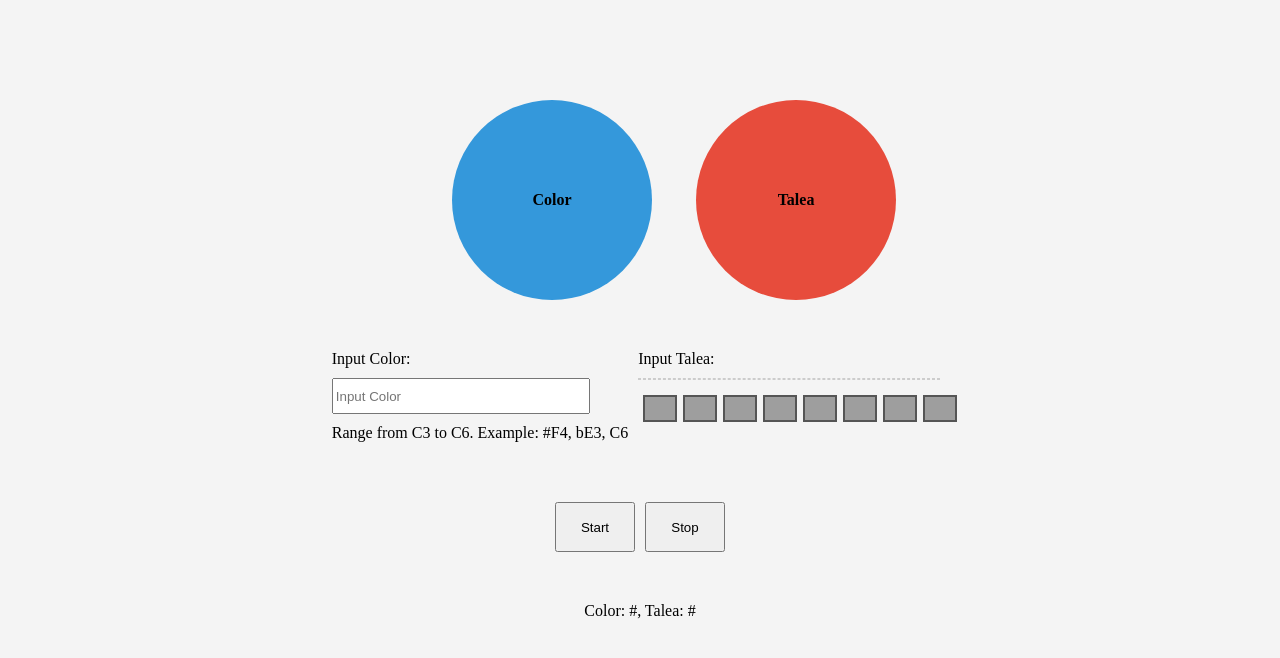
Repository: boshi-an/Isorhythm
Page: .vscode/Isorhythm/index.html
These files come from the project's save history. The page is drawn as it stood at one moment and after the next save; the edit follows.
The browser window is 1280 px wide. The pictures show the whole page.
Pictures or frames that could not be fetched are drawn as grey boxes.

Above is the page before, as saved 2023-10-19 02:43:47.

### .vscode/Isorhythm/index.html
<!DOCTYPE html>
<html lang="en">

<head>
    <meta charset="UTF-8">
    <meta name="viewport" content="width=device-width, initial-scale=1.0">
    <title>Rotating Circles</title>
    <link rel="stylesheet" href="styles.css">
</head>

<body>
    <div class="circleContainer">
        <div class="circle" id="circle1">
            <div class="letter">Color</div>
        </div>
        <div class="circle" id="circle2">
            <div class="letter">Talea</div>
        </div>
    </div>
    <div class="inputContainer">
        <div class="taleaInputContainer">
            <div class="h3">Input Color:</div>
            <input type="text" id="input1" placeholder="Input Color">
            <div>Range from C3 to C6. Example: #F4, bE3, C6</div>
        </div>
        <div class="taleaInputContainer">
            <div class="h3">Input Talea:</div>
            <div class="imageArea" id="noteInputBox"></div>
            <!-- <div class="taleaInputBox">
                <input type="text" id="input2" placeholder="Input Talea" disabled>
            </div> -->
            <div class="taleaInputButton">
                <div class="button small-btn" id="button1" onclick="addNote(1);"><img src="static/note1.png" /></div>
                <div class="button small-btn" id="button1.5" onclick="addNote(1.5);"><img src="static/note1.5.png" /></div>
                <div class="button small-btn" id="button2" onclick="addNote(2);"><img src="static/note2.png" /></div>
                <div class="button small-btn" id="button2.5" onclick="addNote(2.5);"><img src="static/note2.5.png" /></div>
                <div class="button small-btn" id="button3" onclick="addNote(3);"><img src="static/note3.png" /></div>
                <div class="button small-btn" id="button3.5" onclick="addNote(3.5);"><img src="static/note3.5.png" /></div>
                <div class="button small-btn" id="button4" onclick="addNote(4);"><img src="static/note4.png" /></div>
                <div class="button small-btn" id="buttonReset" onclick="addNote(0);"><img src="static/reset.png" /></div>
            </div>
        </div>
    </div>
    <div class="uiContainer">
        <button id="startBtn" style="height:50px;width:80px">Start</button>
        <button id="stopBtn" style="height:50px;width:80px">Stop</button>
    </div>
    <div class="div" id="display">
        Color: #, Talea: #
    </div>
    <script src="script.js"></script>
</body>

</html>

### .vscode/Isorhythm/styles.css
body {
    display: flex;
    flex-direction: column;
    /* Stack child elements vertically */
    justify-content: center;
    /* Center the content vertically */
    align-items: center;
    /* Center the content horizontally */
    height: 100vh;
    background-color: #f4f4f4;
    overflow: hidden;
    margin: 0;
    gap: 50px;
    /* Space between the circle container and the button container */
}

.circleContainer {
    display: flex;
    align-items: center;
    width: 420px;
    /* Adjust based on your circle sizes */
}

.inputContainer {
    display: flex;
    gap: 10px;
    margin-bottom: 10px;
}

.taleaInputContainer {
    display: flex;
    flex-direction: column;
    gap: 10px;
    margin-bottom: 0px;
}

.taleaInputBox {
    display: flex;
    gap: 10px;
}

.taleaInputButton {
    display: flex;
    gap: 10px;
}

.circle {
    width: 200px;
    height: 200px;
    border-radius: 50%;
    position: relative;
    display: flex;
    flex-shrink: 0;
    align-items: center;
    justify-content: center;
    margin: 0 22px;
}

.uiContainer {
    display: flex;
    gap: 10px;
}

.triangle {
    width: 0;
    height: 0;
    border-left: 50px solid transparent;
    border-right: 50px solid transparent;
    border-bottom: 87px solid #3498db;
    will-change: transform;
    transform-origin: 50% 50%;
}

.letter {
    position: absolute;
    font-size: 1.0em;
    font-weight: bold;
    top: 50%;
    left: 50%;
    transform-origin: 50% 50%;
    transform: translate(-50%, -50%);  /* Centering the letters */
}

.noteImg {
    max-width: 6%;
    position: absolute;
    font-size: 1.5em;
    font-weight: bold;
    top: 50%;
    left: 50%;
    transform-origin: 50% 50%;
    transform: translate(-50%, -50%);
}

#triangle1 {
    border-bottom: 87px solid #3498db;
    /* background-color: #3498db; */
}

#triangle2 {
    border-bottom: 87px solid #e74c3c;
    /* background-color: #e74c3c; */
}

#circle1 {
    background-color: #3498db;
}

#circle2 {
    background-color: #e74c3c;
}

.imageArea {
    width: 300px;
    height: auto;
    border: 1px dashed #ccc;
    display: flex;
    flex-wrap: wrap;
    align-items: center;
}

.imageArea img {
    max-width: 6%;
    margin: 5px;
}

.button img {
    max-width: 100%;
    margin: 5px;
    border: 2px solid #555;
}

.small-btn {
    width: 30px;
    height: 30px;
}

.large-btn {
    width: 80px;
    height: 50px;
}

.image {
    position: absolute;
    top: 50%;
    left: 50%;
    transform-origin: 50% 50%;
    width: 30px;
    /* You can adjust this to your preferred image size */
    height: 30px;
}

#input1 {
    height: 30px;
    width: 250px;
}

### .vscode/Isorhythm/script.js
let angle1 = 180;
let angle2 = 0;
let letterPos = +20;
let circle1Size = 100;
let circle2Size = 100;
let rotationMultiplier = 320;
let circle1Num = 0;
let circle2Num = 0;
let rotateDist = 0;
let color = [];
let talea = [];
let lastColor = '#';
let lastTalea = '#';
let taleaImgElement = [];
let animationId;
const circle1 = document.getElementById('circle1');
const circle2 = document.getElementById('circle2');
let duration = {
    1: 4,
    1.5: 6,
    2: 2,
    2.5: 3,
    3: 1,
    3.5: 1.5,
    4: 0.5
};
let frequency = {
    "C3": 130.81,
    "#C3": 138.59,
    "bD3": 138.59,
    "D3": 146.83,
    "#D3": 155.56,
    "bE3": 155.56,
    "E3": 164.81,
    "F3": 174.61,
    "#F3": 185.00,
    "bG3": 185.00,
    "G3": 196.00,
    "#G3": 207.65,
    "bA3": 207.65,
    "A3": 220.00,
    "#A3": 233.08,
    "bB3": 233.08,
    "B3": 246.94,
    "C4": 261.63,
    "#C4": 277.18,
    "bD4": 277.18,
    "D4": 293.66,
    "#D4": 311.13,
    "bE4": 311.13,
    "E4": 329.63,
    "F4": 349.23,
    "#F4": 369.99,
    "bG4": 369.99,
    "G4": 392.00,
    "#G4": 415.30,
    "bA4": 415.30,
    "A4": 440.00,
    "#A4": 466.16,
    "bB4": 466.16,
    "B4": 493.88,
    "C5": 523.25,
    "#C5": 554.37,
    "bD5": 554.37,
    "D5": 587.33,
    "#D5": 622.26,
    "bE5": 622.25,
    "E5": 659.25,
    "F5": 698.46,
    "#F5": 739.99,
    "bG5": 739.99,
    "G5": 783.99,
    "#G5": 830.61,
    "bA5": 830.61,
    "A5": 880.00,
    "#A5": 932.33,
    "bB5": 932.33,
    "B5": 987.77,
    "C6": 1046.50
}

var context = new AudioContext();
var oscillator = '#';

function getCurrentColor() {
    if (circle1Num < 1) {
        return '#';
    }
    let angle = (rotationMultiplier * rotateDist / circle1Size) % 360;
    let nowNote = parseInt(angle / (360 / circle1Num));
    nowNote = Math.min(nowNote, color.length - 1);
    return color[nowNote];
}

function getCurrentTalea() {
    if (circle2Num < 1) {
        return '#';
    }
    let angle = (rotationMultiplier * rotateDist / circle2Size) % 360;
    let nowNote = parseInt(angle / (360 / circle2Num));
    nowNote = Math.min(nowNote, talea.length - 1);
    return talea[nowNote];
}

function getFrequency(note) {
    note = note.toUpperCase();
    if (!(note in frequency)) {
        return 0.0;
    }
    else {
        return frequency[note];
    }
}

function updateTextDisplay() {
    const display = document.getElementById("display");
    let curColor = getCurrentColor();
    let curTalea = getCurrentTalea();
    if (curColor != lastColor || curTalea != lastTalea) { // Update sound
        // alert(getFrequency(curColor));
        if (oscillator != '#') {
            oscillator.stop();
        }
        oscillator = context.createOscillator();
        oscillator.type = "sine";
        // oscillator.frequency.value = 800;
        oscillator.connect(context.destination);
        oscillator.frequency.value = getFrequency(curColor);
        oscillator.start();
        // oscillator.connect(context.destination);
        lastColor = curColor;
        lastTalea = curTalea;
    }
//
    // Display the color and talea
    let taleaHTML = `<img src="static/note${curTalea}.png" width="20" height="20" />`;
    if (curTalea == '#') {
        taleaHTML = '#';
    }
    display.innerHTML = `Color: ${curColor}, Talea: ${curTalea}`;
}

function rotateCircle() {
    updateTextDisplay()
    rotateDist += 1/duration[getCurrentTalea()];
    angle1 = (rotationMultiplier * rotateDist / circle1Size) % 360;
    angle2 = (-rotationMultiplier * rotateDist / circle2Size) % 360;
    circle1.style.transform = `rotate(${angle1}deg)`;
    circle2.style.transform = `rotate(${angle2}deg)`;

    animationId = requestAnimationFrame(rotateCircle);
}

document.getElementById('startBtn').addEventListener('click', () => {
    cancelAnimationFrame(animationId);
    rotateCircle();
});

document.getElementById('stopBtn').addEventListener('click', () => {
    rotateDist = 0;
    circle1.style.transform = `rotate(0deg)`;
    circle2.style.transform = `rotate(0deg)`;
    cancelAnimationFrame(animationId);
    oscillator.stop();
    oscillator = '#';
    lastColor = '#';
    lastTalea = '#';
});

function parseLetters(inputText) {
    let retArray = [];
    inputText = inputText.concat('.');
    for (let i = 0; i < inputText.length - 2; i += 1) {
        s = inputText[i];
        t = inputText[i + 1];
        p = inputText[i + 2];
        if (s.match(/[a-z]/i) && t.match(/[1-9]/i)) {
            retArray.push(`${s}${t}`);
            i += 1;
        }
        else if (s == '#' && t.match(/[a-z]/i) && p.match(/[1-9]/i)) {
            retArray.push(`#${t}${p}`);
            i += 2;
        }
        else if (s == 'b' && t.match(/[a-z]/i) && p.match(/[1-9]/i)) {
            retArray.push(`b${t}${p}`);
            i += 2;
        }
    }
    return retArray;
}

function updateLetters(circleId, inputText, bias) {
    inputText = parseLetters(inputText);
    const circle = document.getElementById(circleId);

    let circleR = inputText.length * 10;
    circle.style.width = `${Math.max(circleR * 2, 5)}px`;
    circle.style.height = `${Math.max(circleR * 2, 5)}px`;

    const size = circle.offsetWidth + letterPos;
    let rotateAngle = 0;
    let innerHTML = ""

    circle1Size = circle.offsetWidth;
    circle1Num = inputText.length;
    rotateAngle = 0;
    innerHTML = "<div class=\"letter\">Color</div>";
    color = inputText;

    // Remove any existing letters
    if (size <= 100) {
        circle.innerHTML = "";
    }
    else {
        circle.innerHTML = innerHTML;
    }

    // Add new letters
    for (let i = 0; i < inputText.length; i++) {
        const angle = -(i / inputText.length) * 360;
        const letterElem = document.createElement('div');
        letterElem.className = 'letter';
        letterElem.style.transform = `translate(-50%, -50%) rotate(${angle + bias}deg) translate(${size / 2}px) rotate(${rotateAngle}deg)`;
        letterElem.innerText = inputText[i];
        circle.appendChild(letterElem);
    }
}

function updateTalea(circleId, inputNote, bias) {
    const circle = document.getElementById(circleId);

    let circleR = inputNote.length * 10;
    circle.style.width = `${Math.max(circleR * 2, 5) }px`;
    circle.style.height = `${Math.max(circleR * 2, 5) }px`;

    const size = circle.offsetWidth + letterPos;
    let rotateAngle = 0;
    let innerHTML = ""

    circle2Size = circle.offsetWidth;
    circle2Num = inputNote.length;
    rotateAngle = 180;
    innerHTML = "<div class=\"letter\">Talea</div>";


    // Remove any existing letters
    if (size <= 100) {
        circle.innerHTML = "";
    }
    else {
        circle.innerHTML = innerHTML;
    }

    // Add new letters
    for (let i = 0; i < inputNote.length; i++) {
        const angle = (i / inputNote.length) * 360;
        const imgElem = document.createElement('img');
        imgElem.className = 'image';
        imgElem.src = `static/note${inputNote[i]}.png`;;
        imgElem.style.transform = `translate(-50%, -50%) rotate(${angle + bias}deg) translate(${size / 2}px) rotate(${rotateAngle}deg)`;
        circle.appendChild(imgElem);
    }
}

function addNote(number) {
    // alert(number);
    // document.getElementById('input2').value += number;
    // Get the image area div
    if (number != 0) {
        talea.push(number);
        const imageArea = document.getElementById('noteInputBox');

        // Create a new img element
        const img = document.createElement('img');
        img.src = `static/note${number}.png`;

        // Append the img to the image area
        imageArea.appendChild(img);

        taleaImgElement.push(img);
    }
    else if (talea.length > 0) {
        talea.pop();

        length = taleaImgElement.length-1
        if (taleaImgElement[length].parentNode) {
            taleaImgElement[length].parentNode.removeChild(taleaImgElement[length]);
        }
        taleaImgElement.pop();
    }
    // updateTalea('input2');
    updateTalea('circle2', talea, 180);
}

document.getElementById('input1').addEventListener('input', () => updateLetters('circle1', document.getElementById('input1').value, 0));
// document.getElementById('input2').addEventListener('input', () => updateLetters('circle2', 'input2', 180));
// document.getElementById('input2').addEventListener('input', () => updateTalea('input2'));

// document.getElementById("button1").onclick = function () { addNumber(1); };

After the next save:
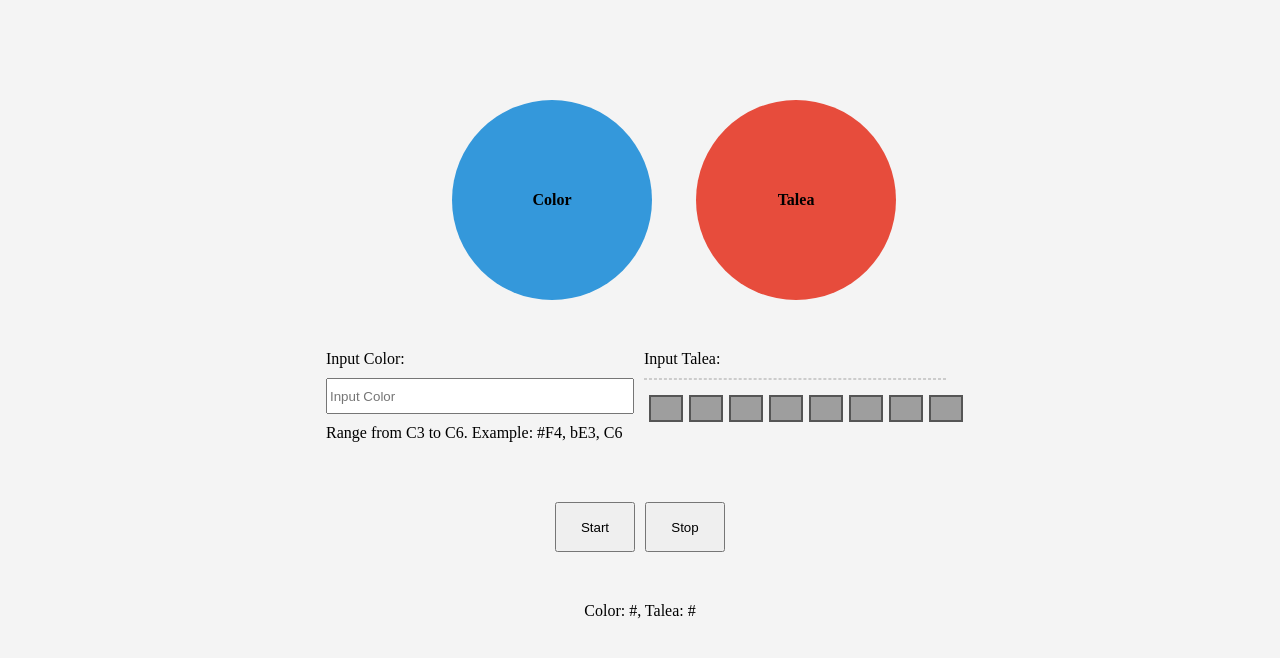
Saved 45 s later.
--- a/.vscode/Isorhythm/styles.css
+++ b/.vscode/Isorhythm/styles.css
@@ -152,5 +152,5 @@ body {
 
 #input1 {
     height: 30px;
-    width: 250px;
+    width: 300px;
 }
